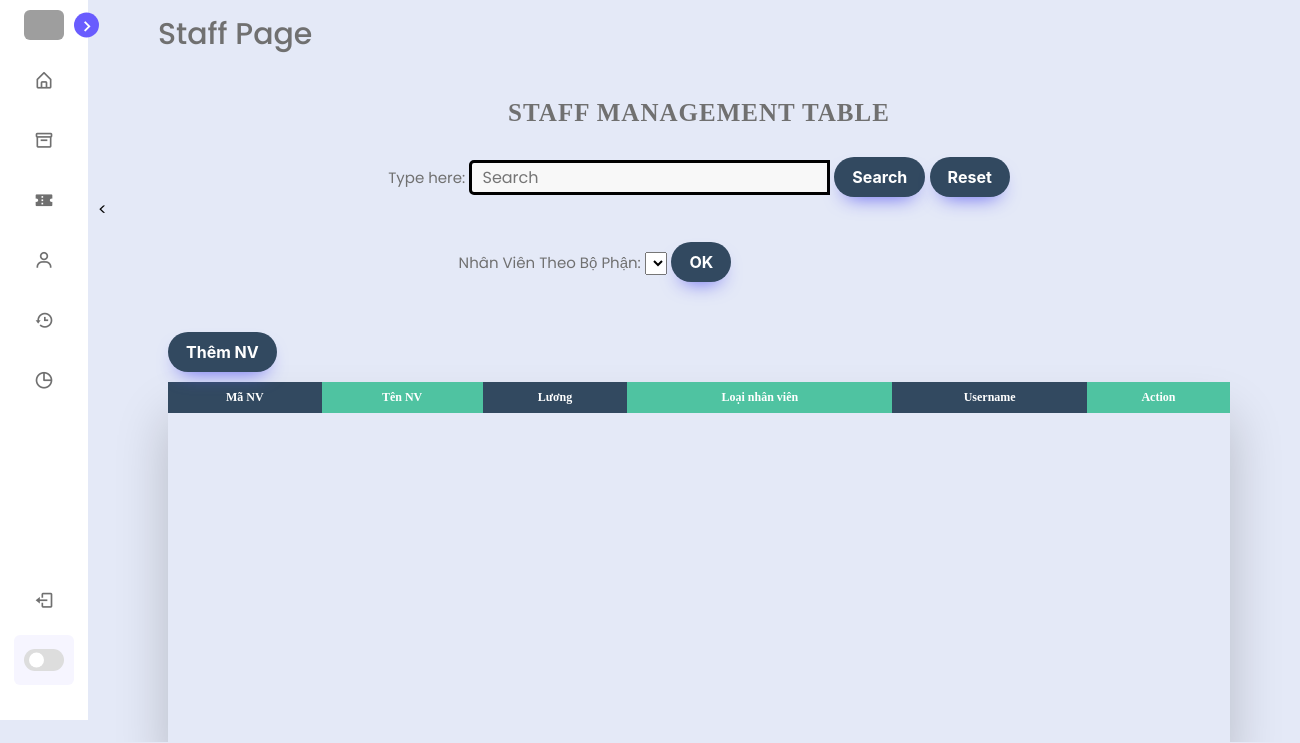
Repository: JeffDaveHudson/CapstoneProject
Page: http://localhost/CapstoneProject/stafflist
These files come from the project's save history. The page is drawn as it stood at one moment and after the next save; the edit follows.
The browser window is 1280 px wide. The page is 1300 px wide, so the pictures cover 1300 px, including what lies to the right of the window. The pictures show the whole page.
Pictures or frames that could not be fetched are drawn as grey boxes. The page is served by Tomcat 9. Queries for data that is not in the repository find no rows.

Above is the page before, as saved 2023-05-19 04:36:19.

After the next save:
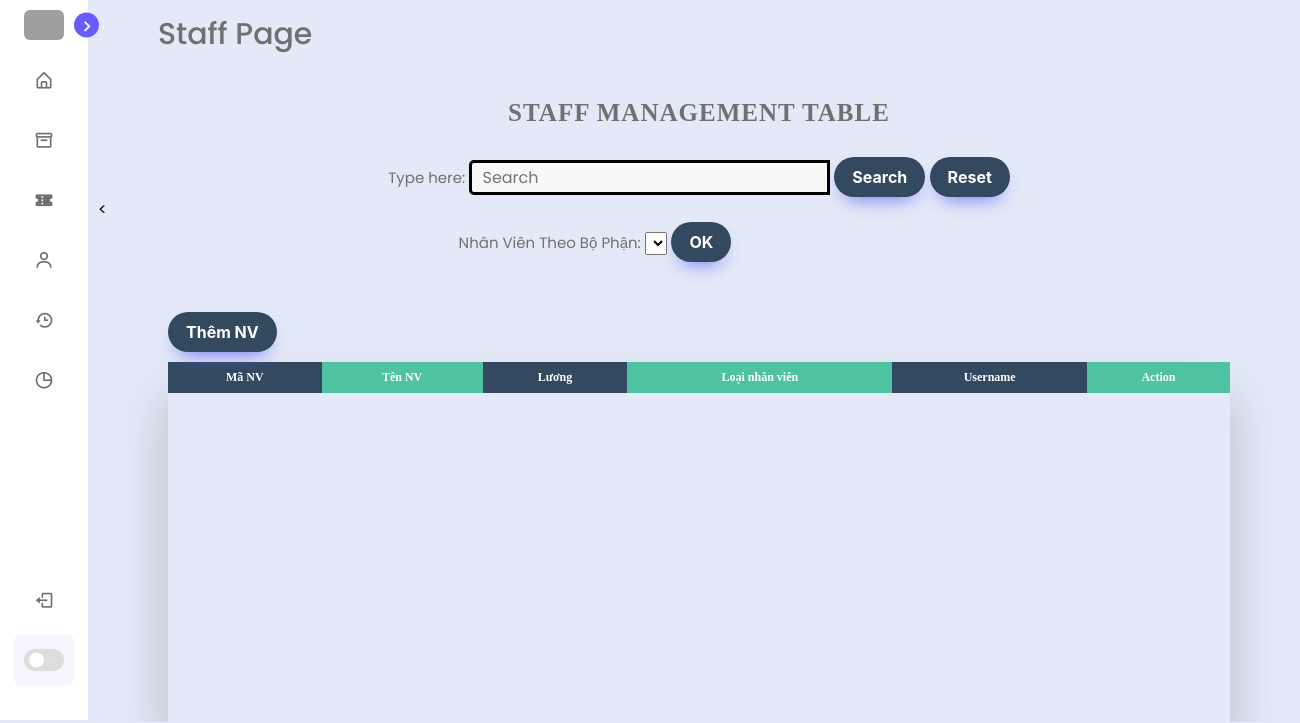
Saved 4 min 31 s later.
--- a/CapstoneProject/src/main/webapp/admin/Staff.jsp
+++ b/CapstoneProject/src/main/webapp/admin/Staff.jsp
@@ -45,7 +45,7 @@
 
 		</form>
 
-		<<div style="margin-left: 30%; margin-top: 20px">
+		<<div style="margin-left: 30%; margin-top: 0px">
 			<form action="staffbydepartment" method="post">
 			<p class="text2">Nhân Viên Theo Bộ Phận:</p>
 			<select name="staffTypeClicked">
